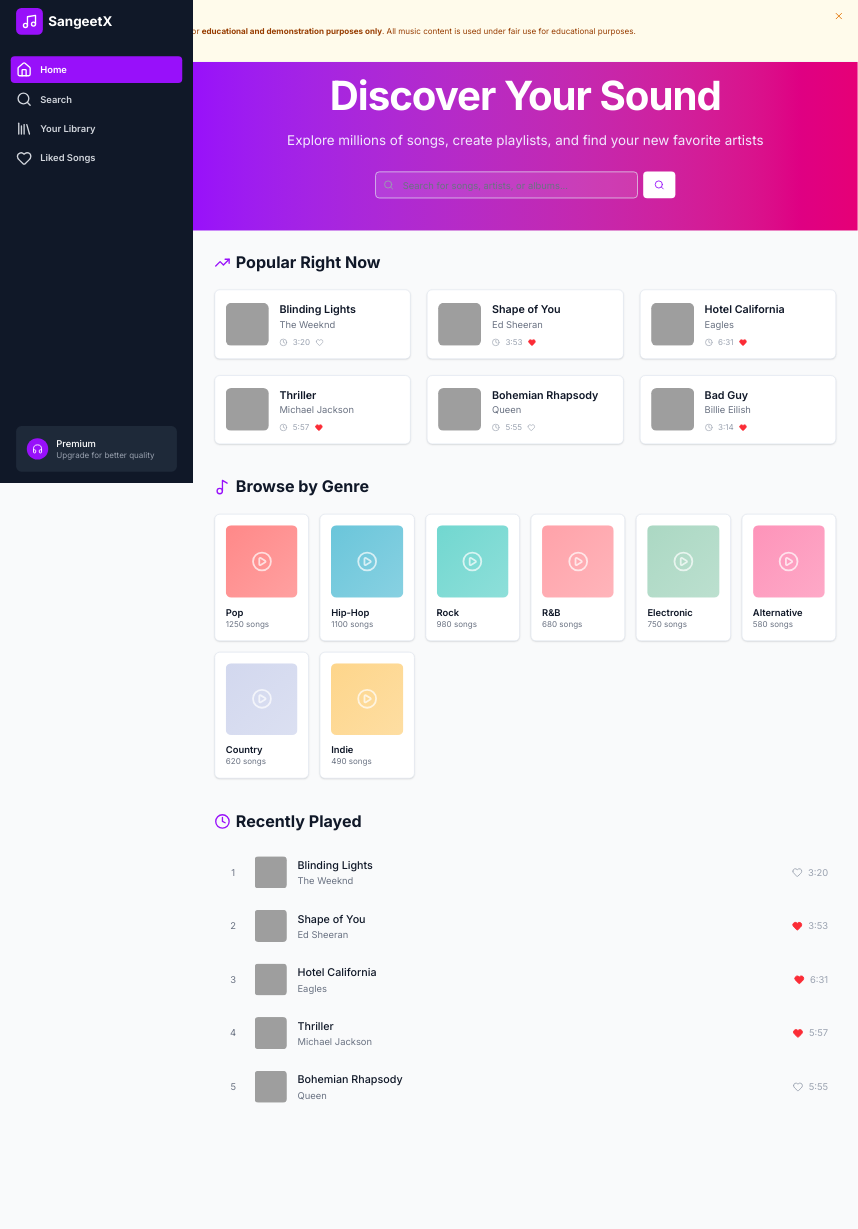
Repository: DiwanMalla/Sangeet-X
Page: /
These files come from the project's save history. The page is drawn as it stood at one moment and after a run of saves; the edit follows.
The browser window is 1280 px wide. The pictures show the whole page, at 67% of full size.
Pictures or frames that could not be fetched are drawn as grey boxes. The project was rebuilt for these pictures with package versions that can differ from the ones it lists, and the page was loaded fresh each time. The framework's server and built-in components were replaced by stand-ins that run in the browser. Also part of the build but not shown: next.config.ts, src/components/layout/audio-player.tsx.

Above is the page before, as saved 2025-07-06 00:09:11.

After the next 2 saves:
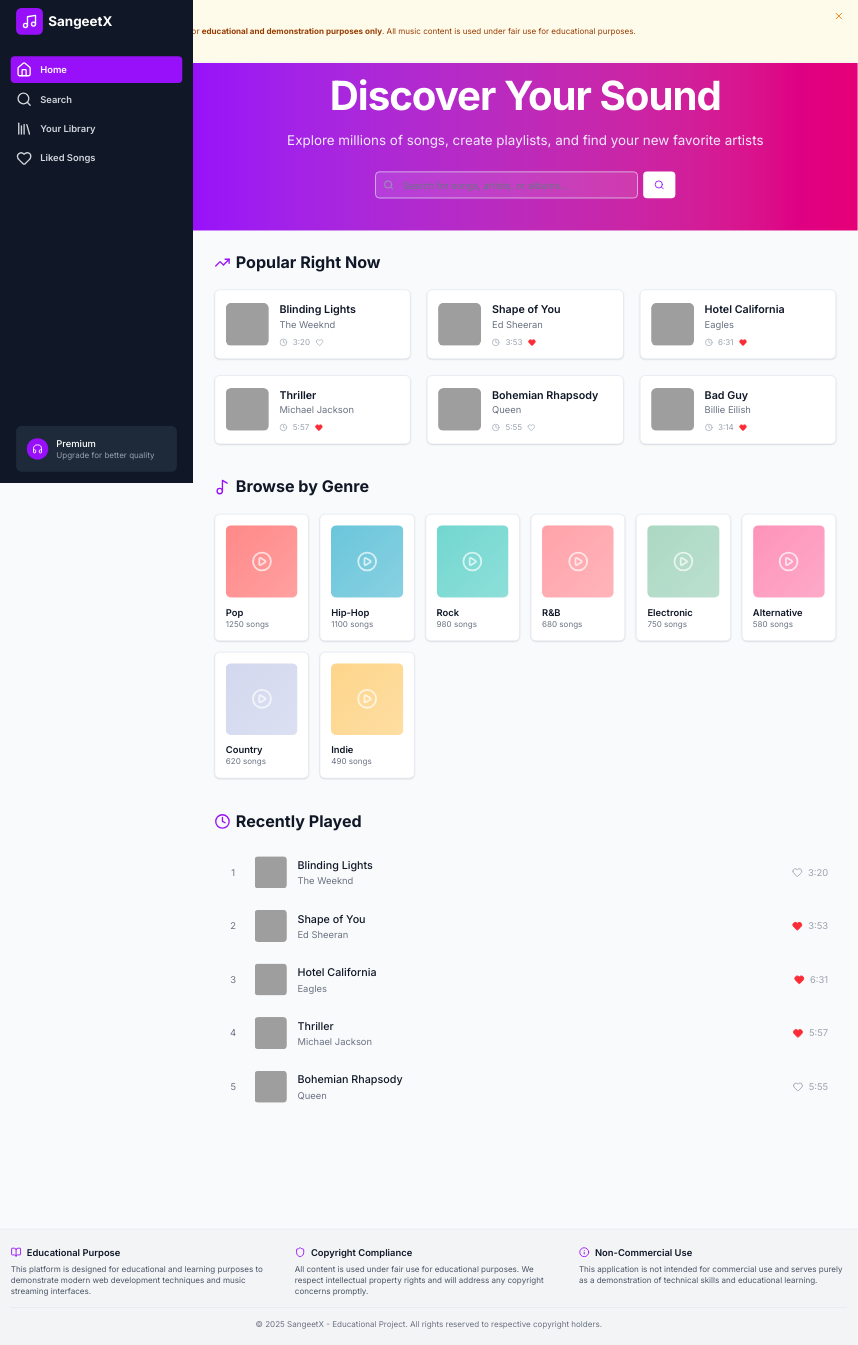
The 2 saves are shown as one change because 1 did not build or start.
The last was saved 40 s later.
--- a/src/app/page.tsx
+++ b/src/app/page.tsx
@@ -335,6 +335,9 @@ export default function HomePage() {
         isShuffling={isShuffling}
         isRepeating={isRepeating}
       />
+
+      {/* Educational Footer */}
+      <EducationalFooter />
     </div>
   );
 }
